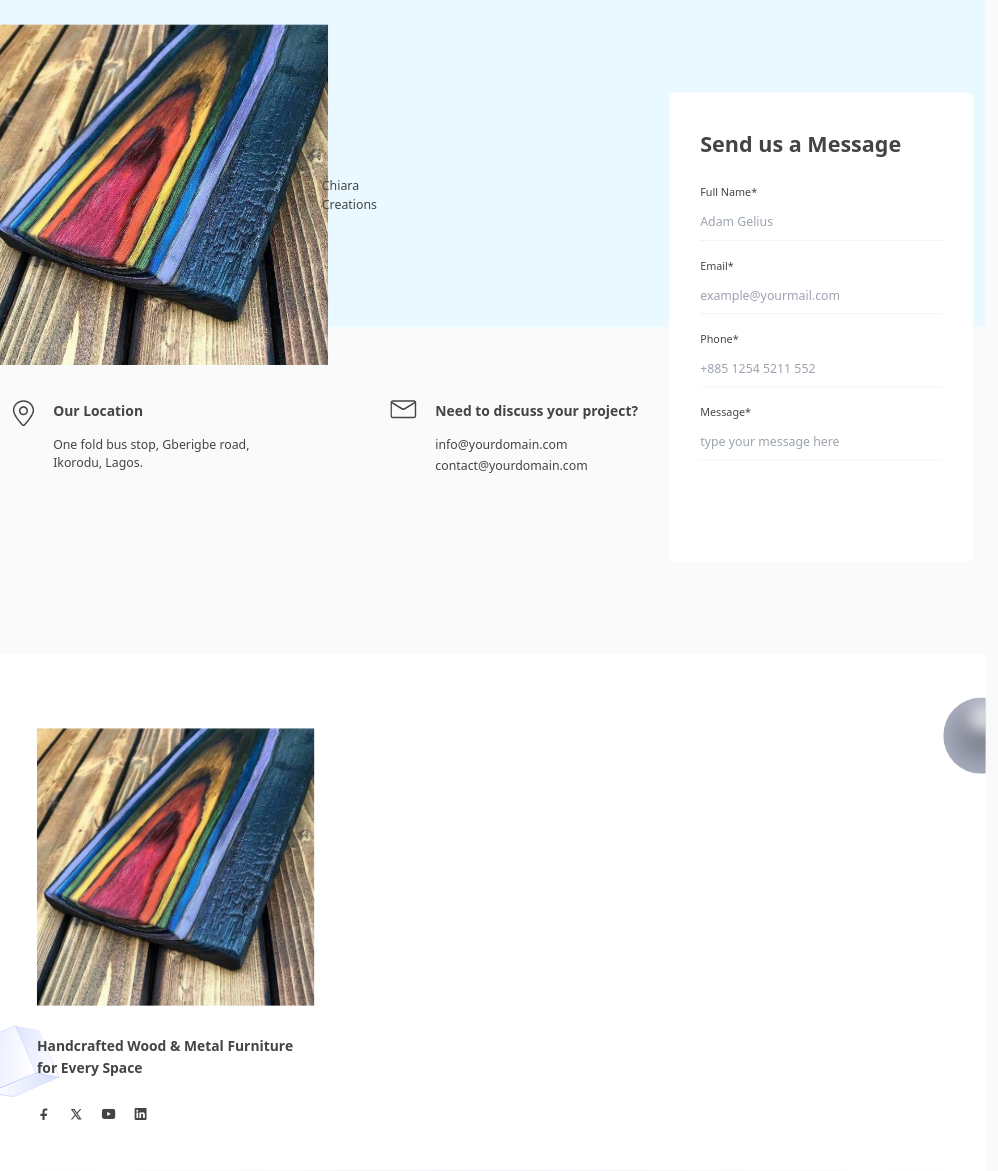
Repository: SuezDevelopment/chiara_creations
Page: /
The author's editor kept a copy of each file at every save. The page is drawn from the files as they stood at one save, then again after a run of saves.
The browser window is 1280 px wide. The page is 1296 px wide, so the pictures cover 1296 px, including what lies to the right of the window. The pictures show the whole page, at 77% of full size.
The project was rebuilt for these pictures with package versions that can differ from the ones it lists, and the page was loaded fresh each time. The framework's server and built-in components were replaced by stand-ins that run in the browser. Also part of the build but not shown: next.config.mjs.

Above is the page before, as saved 2024-03-07 13:05:46.

### src/pages/_app.tsx
import 'tailwindcss/tailwind.css';
import "@/styles/globals.css";
import type { AppProps } from "next/app";

import {memo} from 'react';

const MyApp = memo(({Component, pageProps}: AppProps): JSX.Element => {
  return (
    <>
      <Component {...pageProps} />
    </>
  );
});

export default MyApp;

### src/pages/_document.tsx
import { Html, Head, Main, NextScript } from "next/document";

export default function Document() {
  return (
    <Html lang="en">
      <Head>
        <meta charSet="utf-8" />

        <meta content="notranslate" name="google" />
      </Head>
      <body>
        <Main />
        <NextScript />
      </body>
    </Html>
  );
}

### src/pages/index.tsx
import Image from "next/image";
import { Inter } from "next/font/google";
import Page from "@/components/layout/page";
import { homePageMeta } from "@/data/data";
import Header from "@/components/ui/header";
import Contact from "@/components/ui/contact";
import Footer from "@/components/ui/footer";

export default function Home() {
  const {title, description} = homePageMeta;
  return (
    <Page title={title} description={description}>
      <Header />
      <Contact />
      <Footer />
    </Page>
  );
}

### src/styles/globals.css
@tailwind base;
@tailwind components;
@tailwind utilities;

@layer utilities {
  /* Chrome, Safari and Opera */
  .no-scrollbar::-webkit-scrollbar {
    display: none;
  }

  .no-scrollbar {
    -ms-overflow-style: none; /* IE and Edge */
    scrollbar-width: none; /* Firefox */
  }
}

@supports (-webkit-touch-callout: none) {
  .h-screen {
    height: -webkit-fill-available;
  }
}

* {
  -webkit-font-smoothing: antialiased;
  -moz-osx-font-smoothing: grayscale;
}

html {
  -webkit-tap-highlight-color: transparent;
  scroll-behavior: smooth;
  height: 100vh;
}

body {
  position: relative;
  width: 100%;
  color: #444444;
  font-family: system-ui, -apple-system, BlinkMacSystemFont, 'Segoe UI', Ubuntu, 'Helvetica Neue', sans-serif;
  background-color: #fafafa;
}

td,
th {
  padding: 4px 8px 4px 4px;
  text-align: left;
}

th {
  font-weight: 600;
}

### src/components/layout/page.tsx
import { HomepageMeta } from '@/data/types';
import {NextPage} from 'next';
import Head from 'next/head';
import {useRouter} from 'next/router';
import {memo, PropsWithChildren} from 'react';


const Page: NextPage<PropsWithChildren<HomepageMeta>> = memo(({children, title, description}) => {
    const router = useRouter();
    const {asPath: pathname} = useRouter();
    return (
        <>
            <Head>
                <title>{title}</title>
                <meta name="description" content={description} />

                 {/* several domains list the same content, make sure google knows we mean this one. */}
                <link href={`https://chiara-creations.vercel.app${pathname}`} key="canonical" rel="canonical" />
                <link href="/favicon.ico" rel="icon" sizes="any" />

                <link href="/icon.svg" rel="icon" type="image/svg+xml" />

                <link href="/apple-touch-icon.png" rel="apple-touch-icon" />

                <link href="/site.webmanifest" rel="manifest" />

                {/* Open Graph : https://ogp.me/ */}
                <meta content={title} property="og:title" />
                <meta content={description} property="og:description" />
                <meta content={`https://chiara-creations.vercel.app${pathname}`} property="og:url" />

                <meta content={title} name="twitter:title" />
                <meta content={description} name="twitter:description" />
            </Head>
            <main>
                {children}
            </main>
        </>
    )
});

Page.displayName = 'Page';
export default Page;

### src/data/data.ts
import { HomepageMeta, Service } from "./types";

export const homePageMeta: HomepageMeta = {
  title:
    "Chiara Creations - Handcrafted Wood & Metal Furniture for Every Space",
  description:
    "With a focus on quality craftsmanship and innovative design, we cater to various sectors including residential, commercial, and industrial clients.",
};

export const services: Service[] = [
  {
    name: "Wooden Furniture",
    description:
      "At Chiara creations,our wooden furniture range includes but is not limited to tables, chairs, doors,cabinets, shelves, closets,bed frames, and custom-designed pieces.",
  },
  {
    name: "Metal Furniture",
    description:
      "We also manufacture metal furniture such as steel-framed tables, chairs, desks, shelves, armored doors, security doors , regular doors and industrial-style furniture for modern living spaces.",
  },
  {
    name: "Custom Fabrication",
    description:
      "We provide bespoke fabrication services, collaborating closely with clients to create custom wood and metal products tailored to their specific requirements.",
  },
  {
    name: "Interior Design Solutions",
    description:
      "Our team here at Chiara creations offers comprehensive interior design solutions, integrating our furniture pieces into cohesive interior spaces for homes, offices, restaurants, and other commercial establishments.",
  },
  {
    name: "Consultation and Installation",
    description:
      "From initial consultation to final installation, we ensure a seamless process, guiding clients through every step of the project to achieve their desired outcome.",
  },
];

### src/components/ui/header.tsx
"use client";
import Image from "next/image";
import Link from "next/link";
import { usePathname } from "next/navigation";
// import ThemeToggler from "./ThemeToggler";
// import menuData from "./menuData";
import { useState, useEffect, SetStateAction, ReactElement, JSXElementConstructor, ReactNode, PromiseLikeOfReactNode, Key, ReactPortal } from "react";
import { UrlObject } from "url";


const menuData: { path: string | UrlObject; title: string | number | boolean | PromiseLikeOfReactNode | ReactElement<any, string | JSXElementConstructor<any>> | Iterable<ReactNode> | null | undefined; submenu: any[]; }[] = [

];

const Header = () => {
  // Navbar toggle
  const [navbarOpen, setNavbarOpen] = useState(false);
  const navbarToggleHandler = () => {
    setNavbarOpen(!navbarOpen);
  };

  // Sticky Navbar
  const [sticky, setSticky] = useState(false);
  const handleStickyNavbar = () => {
    if (window.scrollY >= 80) {
      setSticky(true);
    } else {
      setSticky(false);
    }
  };
  useEffect(() => {
    window.addEventListener("scroll", handleStickyNavbar);
  });

  // submenu handler
  const [openIndex, setOpenIndex] = useState(-1);
  const handleSubmenu = (index: number) => {
    if (openIndex === index) {
      setOpenIndex(-1);
    } else {
      setOpenIndex(index);
    }
  };

  const usePathName = usePathname();

  return (
    <>
      <header
        className={`header left-0 top-0 z-40 flex w-full items-center ${
          sticky
            ? "dark:bg-gray-dark dark:shadow-sticky-dark fixed z-[9999] bg-white !bg-opacity-80 shadow-sticky backdrop-blur-sm transition"
            : "absolute bg-transparent"
        }`}
      >
        <div className="container">
          <div className="relative -mx-4 flex items-center justify-between">
            <div className="w-full max-w-full px-4 xl:mr-12 relative z-20 flex justify-between md:px-0 lg:w-max">
              <Link
                href="/"
                className={`header-logo w-full flex items-center -space-x-2 ${
                  sticky ? "py-5 lg:py-2" : "py-8"
                } `}
              >
                <Image
                  src="/images/logo.png"
                  alt="logo"
                  width={40}
                  height={30}
                  className="w-full dark:hidden"
                />
                <Image
                  src="/images/logo.png"
                  alt="logo"
                  width={40}
                  height={30}
                  className="hidden w-full dark:block"
                />
              <p>Chiara Creations</p>
              </Link>
            </div>
            <div className="flex w-full items-center justify-between px-4">
              <div>
                <button
                  onClick={navbarToggleHandler}
                  id="navbarToggler"
                  aria-label="Mobile Menu"
                  className="absolute right-4 top-1/2 block translate-y-[-50%] rounded-lg px-3 py-[6px] ring-primary focus:ring-2 lg:hidden"
                >
                  <span
                    className={`relative my-1.5 block h-0.5 w-[30px] bg-black transition-all duration-300 dark:bg-white ${
                      navbarOpen ? " top-[7px] rotate-45" : " "
                    }`}
                  />
                  <span
                    className={`relative my-1.5 block h-0.5 w-[30px] bg-black transition-all duration-300 dark:bg-white ${
                      navbarOpen ? "opacity-0 " : " "
                    }`}
                  />
                  <span
                    className={`relative my-1.5 block h-0.5 w-[30px] bg-black transition-all duration-300 dark:bg-white ${
                      navbarOpen ? " top-[-8px] -rotate-45" : " "
                    }`}
                  />
                </button>
                <nav
                  id="navbarCollapse"
                  className={`navbar absolute right-0 z-30 w-[250px] rounded border-[.5px] border-body-color/50 bg-white px-6 py-4 duration-300 dark:border-body-color/20 dark:bg-dark lg:visible lg:static lg:w-auto lg:border-none lg:!bg-transparent lg:p-0 lg:opacity-100 ${
                    navbarOpen
                      ? "visibility top-full opacity-100"
                      : "invisible top-[120%] opacity-0"
                  }`}
                >
                  <ul className="block lg:flex lg:space-x-12">
                    {menuData.map((menuItem: { path: string | UrlObject; title: string | number | boolean | ReactElement<any, string | JSXElementConstructor<any>> | Iterable<ReactNode> | PromiseLikeOfReactNode | null | undefined; submenu: any[]; }, index: any | null | undefined) => (
                      <li key={index} className="group relative">
                        {menuItem.path ? (
                          <Link
                            href={menuItem.path}
                            className={`flex py-2 text-base lg:mr-0 lg:inline-flex lg:px-0 lg:py-6 ${
                              usePathName === menuItem.path
                                ? "text-primary dark:text-white"
                                : "text-dark hover:text-primary dark:text-white/70 dark:hover:text-white"
                            }`}
                          >
                            {menuItem.title}
                          </Link>
                        ) : (
                          <>
                            <p
                              onClick={() => handleSubmenu(index)}
                              className="flex cursor-pointer items-center justify-between py-2 text-base text-dark group-hover:text-primary dark:text-white/70 dark:group-hover:text-white lg:mr-0 lg:inline-flex lg:px-0 lg:py-6"
                            >
                              {menuItem.title}
                              <span className="pl-3">
                                <svg width="25" height="24" viewBox="0 0 25 24">
                                  <path
                                    fillRule="evenodd"
                                    clipRule="evenodd"
                                    d="M6.29289 8.8427C6.68342 8.45217 7.31658 8.45217 7.70711 8.8427L12 13.1356L16.2929 8.8427C16.6834 8.45217 17.3166 8.45217 17.7071 8.8427C18.0976 9.23322 18.0976 9.86639 17.7071 10.2569L12 15.964L6.29289 10.2569C5.90237 9.86639 5.90237 9.23322 6.29289 8.8427Z"
                                    fill="currentColor"
                                  />
                                </svg>
                              </span>
                            </p>
                            <div
                              className={`submenu relative left-0 top-full rounded-sm bg-white transition-[top] duration-300 group-hover:opacity-100 dark:bg-dark lg:invisible lg:absolute lg:top-[110%] lg:block lg:w-[250px] lg:p-4 lg:opacity-0 lg:shadow-lg lg:group-hover:visible lg:group-hover:top-full ${
                                openIndex === index ? "block" : "hidden"
                              }`}
                            >
                              {menuItem.submenu.map((submenuItem: { path: string | UrlObject; title: string | number | boolean | ReactElement<any, string | JSXElementConstructor<any>> | Iterable<ReactNode> | ReactPortal | PromiseLikeOfReactNode | null | undefined; }, index: Key | null | undefined) => (
                                <Link
                                  href={submenuItem.path}
                                  key={index}
                                  className="block rounded py-2.5 text-sm text-dark hover:text-primary dark:text-white/70 dark:hover:text-white lg:px-3"
                                >
                                  {submenuItem.title}
                                </Link>
                              ))}
                            </div>
                          </>
                        )}
                      </li>
                    ))}
                  </ul>
                </nav>
              </div>

            </div>
          </div>
        </div>
      </header>
    </>
  );
};

export default Header;

### src/components/ui/contact.tsx
const Contact = () => {
    return (
      <section id="contact" className="relative py-20 md:py-[120px]">
        <div className="absolute left-0 top-0 -z-[1] h-full w-full dark:bg-dark"></div>
        <div className="absolute left-0 top-0 -z-[1] h-1/2 w-full bg-[#E9F9FF] dark:bg-dark-700 lg:h-[45%] xl:h-1/2"></div>
        <div className="container px-4">
          <div className="-mx-4 flex flex-wrap items-center">
            <div className="w-full px-4 lg:w-7/12 xl:w-8/12">
              <div className="ud-contact-content-wrapper">
                <div className="ud-contact-title mb-12 lg:mb-[150px]">
                  <span className="mb-6 block text-base font-medium text-dark">
                    CONTACT US
                  </span>
                  <h2 className="max-w-[360px] text-[35px] font-bold leading-[1.14] text-dark">
                    Let Chiara Creations transform your space.
                  </h2>
                </div>
                <div className="mb-12 flex flex-wrap justify-between lg:mb-0">
                  <div className="mb-8 flex w-[330px] max-w-full">
                    <div className="mr-6 text-[32px] text-primary">
                      <svg
                        width="29"
                        height="35"
                        viewBox="0 0 29 35"
                        className="fill-current"
                      >
                        <path d="M14.5 0.710938C6.89844 0.710938 0.664062 6.72656 0.664062 14.0547C0.664062 19.9062 9.03125 29.5859 12.6406 33.5234C13.1328 34.0703 13.7891 34.3437 14.5 34.3437C15.2109 34.3437 15.8672 34.0703 16.3594 33.5234C19.9688 29.6406 28.3359 19.9062 28.3359 14.0547C28.3359 6.67188 22.1016 0.710938 14.5 0.710938ZM14.9375 32.2109C14.6641 32.4844 14.2812 32.4844 14.0625 32.2109C11.3828 29.3125 2.57812 19.3594 2.57812 14.0547C2.57812 7.71094 7.9375 2.625 14.5 2.625C21.0625 2.625 26.4219 7.76562 26.4219 14.0547C26.4219 19.3594 17.6172 29.2578 14.9375 32.2109Z" />
                        <path d="M14.5 8.58594C11.2734 8.58594 8.59375 11.2109 8.59375 14.4922C8.59375 17.7188 11.2187 20.3984 14.5 20.3984C17.7812 20.3984 20.4062 17.7734 20.4062 14.4922C20.4062 11.2109 17.7266 8.58594 14.5 8.58594ZM14.5 18.4297C12.3125 18.4297 10.5078 16.625 10.5078 14.4375C10.5078 12.25 12.3125 10.4453 14.5 10.4453C16.6875 10.4453 18.4922 12.25 18.4922 14.4375C18.4922 16.625 16.6875 18.4297 14.5 18.4297Z" />
                      </svg>
                    </div>
                    <div>
                      <h3 className="mb-[18px] text-lg font-semibold text-dark">
                        Our Location
                      </h3>
                      <p className="text-base text-body-color dark:text-dark-6">
                        One fold bus stop, Gberigbe road, Ikorodu, Lagos.
                      </p>
                    </div>
                  </div>
                  <div className="mb-8 flex w-[330px] max-w-full">
                    <div className="mr-6 text-[32px] text-primary">
                      <svg
                        width="34"
                        height="25"
                        viewBox="0 0 34 25"
                        className="fill-current"
                      >
                        <path d="M30.5156 0.960938H3.17188C1.42188 0.960938 0 2.38281 0 4.13281V20.9219C0 22.6719 1.42188 24.0938 3.17188 24.0938H30.5156C32.2656 24.0938 33.6875 22.6719 33.6875 20.9219V4.13281C33.6875 2.38281 32.2656 0.960938 30.5156 0.960938ZM30.5156 2.875C30.7891 2.875 31.0078 2.92969 31.2266 3.09375L17.6094 11.3516C17.1172 11.625 16.5703 11.625 16.0781 11.3516L2.46094 3.09375C2.67969 2.98438 2.89844 2.875 3.17188 2.875H30.5156ZM30.5156 22.125H3.17188C2.51562 22.125 1.91406 21.5781 1.91406 20.8672V5.00781L15.0391 12.9922C15.5859 13.3203 16.1875 13.4844 16.7891 13.4844C17.3906 13.4844 17.9922 13.3203 18.5391 12.9922L31.6641 5.00781V20.8672C31.7734 21.5781 31.1719 22.125 30.5156 22.125Z" />
                      </svg>
                    </div>
                    <div>
                      <h3 className="mb-[18px] text-lg font-semibold text-dark">
                        Need to discuss your project?
                      </h3>
                      <p className="text-base text-body-color dark:text-dark-6">
                        info@yourdomain.com
                      </p>
                      <p className="mt-1 text-base text-body-color dark:text-dark-6">
                        contact@yourdomain.com
                      </p>
                    </div>
                  </div>
                </div>
              </div>
            </div>
            <div className="w-full px-4 lg:w-5/12 xl:w-4/12">
              <div
                className="wow fadeInUp rounded-lg bg-white px-8 py-10 shadow-testimonial dark:bg-dark-2 dark:shadow-none sm:px-10 sm:py-12 md:p-[60px] lg:p-10 lg:px-10 lg:py-12 2xl:p-[60px]"
                data-wow-delay=".2s
                "
              >
                <h3 className="mb-8 text-2xl font-semibold text-dark md:text-[28px] md:leading-[1.42]">
                  Send us a Message
                </h3>
                <form>
                  <div className="mb-[22px]">
                    <label
                      htmlFor="fullName"
                      className="mb-4 block text-sm text-body-color dark:text-dark-6"
                    >
                      Full Name*
                    </label>
                    <input
                      type="text"
                      name="fullName"
                      placeholder="Adam Gelius"
                      className="w-full border-0 border-b border-[#f1f1f1] bg-transparent pb-3 text-dark placeholder:text-body-color/60 focus:border-primary focus:outline-none dark:border-dark-3"
                    />
                  </div>
                  <div className="mb-[22px]">
                    <label
                      htmlFor="email"
                      className="mb-4 block text-sm text-body-color dark:text-dark-6"
                    >
                      Email*
                    </label>
                    <input
                      type="email"
                      name="email"
                      placeholder="example@yourmail.com"
                      className="w-full border-0 border-b border-[#f1f1f1] bg-transparent pb-3 text-dark placeholder:text-body-color/60 focus:border-primary focus:outline-none dark:border-dark-3"
                    />
                  </div>
                  <div className="mb-[22px]">
                    <label
                      htmlFor="phone"
                      className="mb-4 block text-sm text-body-color dark:text-dark-6"
                    >
                      Phone*
                    </label>
                    <input
                      type="text"
                      name="phone"
                      placeholder="+885 1254 5211 552"
                      className="w-full border-0 border-b border-[#f1f1f1] bg-transparent pb-3 text-dark placeholder:text-body-color/60 focus:border-primary focus:outline-none dark:border-dark-3"
                    />
                  </div>
                  <div className="mb-[30px]">
                    <label
                      htmlFor="message"
                      className="mb-4 block text-sm text-body-color dark:text-dark-6"
                    >
                      Message*
                    </label>
                    <textarea
                      name="message"
                      rows={1}
                      placeholder="type your message here"
                      className="w-full resize-none border-0 border-b border-[#f1f1f1] bg-transparent pb-3 text-dark placeholder:text-body-color/60 focus:border-primary focus:outline-none dark:border-dark-3"
                    ></textarea>
                  </div>
                  <div className="mb-0">
                    <button
                      type="submit"
                      className="inline-flex items-center justify-center rounded-md bg-primary px-10 py-3 text-base font-medium text-white transition duration-300 ease-in-out hover:bg-primary/90"
                    >
                      Send
                    </button>
                  </div>
                </form>
              </div>
            </div>
          </div>
        </div>
      </section>
    );
  };

  export default Contact;

Loaded but not shown: tailwind.config.ts (common file); src/components/ui/footer.tsx (331 lines, source omitted)

After the next 3 saves:
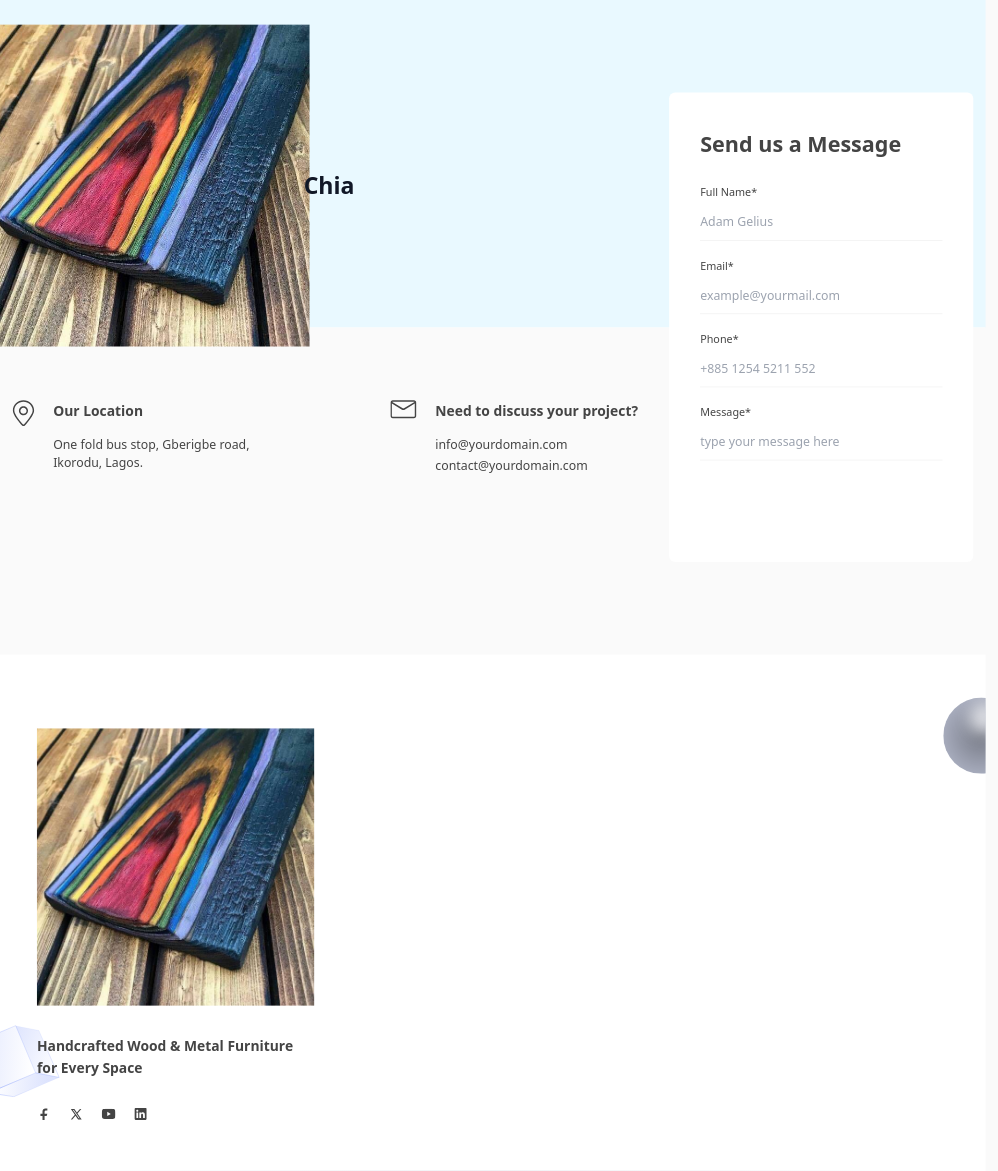
The 3 saves are shown as one change because 1 did not build or start and some came seconds apart.
The last was saved 63 s later.
--- a/src/components/ui/header.tsx
+++ b/src/components/ui/header.tsx
@@ -76,7 +76,7 @@ const Header = () => {
                   height={30}
                   className="hidden w-full dark:block"
                 />
-              <p>Chiara Creations</p>
+              <span class="text-2xl sm:text-xl md:text-3xl font-bold text-gray-900 dark:text-gray">Chia</span>
               </Link>
             </div>
             <div className="flex w-full items-center justify-between px-4">
